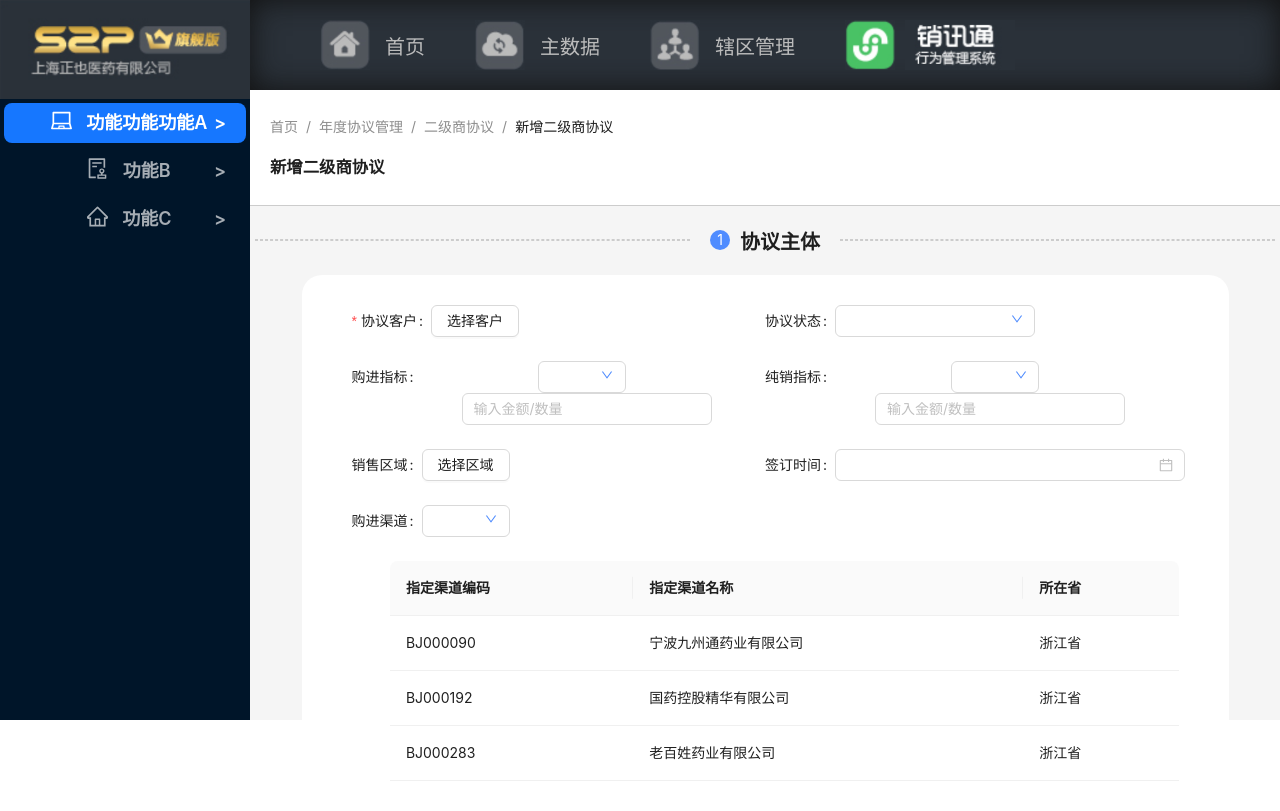
Repository: XiChips/questionB
Page: /
The author's editor kept a copy of each file at every save. The page is drawn from the files as they stood at one save, then again after the next save.
The browser window is 1280 px wide. The pictures show the whole page.
The project was rebuilt for these pictures with package versions that can differ from the ones it lists, and the page was loaded fresh each time. Also part of the build but not shown: vue.config.js.

Above is the page before, as saved 2024-02-28 13:33:32.

### src/main.js
import { createApp } from 'vue'
import App from './App.vue'
import router from './router'
import store from './store'
import { setupAntd } from './ant-design-vue/index'
import { message } from "ant-design-vue";
import './assets/css/index.css'
// import axios from "axios";
// moment.locale('zh-cn')
const app = createApp(App)
setupAntd(app)
// app.use(Button).use(Layout)
app.use(store).use(router).mount('#app')



// app.config.globalProperties.$axios = axios
app.config.globalProperties.$message = message

### src/router/index.js
import { createRouter, createWebHashHistory } from 'vue-router'

const routes = [
  {
    path: '/',
    name: 'home',
    component: () => import('../views/home.vue')
  },
  {
    path: '/about',
    name: 'about',

    component: () => import('../views/AboutView.vue')
  }
]

const router = createRouter({
  history: createWebHashHistory(),
  routes
})

export default router

### src/ant-design-vue/index.js
import { Button, Layout, Image, Form, Checkbox,Radio, Input, Popover, Menu, Drawer, Breadcrumb, Typography, message, Divider, Table, DatePicker, Popconfirm, Space, InputNumber, Select, PageHeader, Steps, Statistic, Transfer, Upload, Switch, Modal, Tabs } from 'ant-design-vue';

// import 'ant-design-vue/dist/antd.min.css'

const components = [
    Button,
    Layout,
    Form,
    Input,
    Menu,
    Breadcrumb,
    Table,
    Popconfirm,
    Select,
    PageHeader,
    Steps,
    Transfer,
    Upload,
    Switch,
    Modal,
    Tabs,
    Statistic,
    InputNumber,
    Space,
    DatePicker,
    Divider,
    Image,
    Typography,
    Drawer,
    Popover,
    Radio,
    Checkbox
]

export function setupAntd(app) {
    components.forEach(component => {
        app.use(component)
    })
    app.config.globalProperties.$message = message
}

### src/assets/css/index.css
body {
    margin: 0;
}

.logo img {
    width: 100%;
}

:where(.css-dev-only-do-not-override-1hsjdkk).ant-menu-dark {
    background-color: rgb(42, 49, 57);
}

.ant-menu .anticon {
    margin-right: 10px;
    font-size   : 18px;
}


.ant-upload-select-picture-card i {
    font-size: 32px;
    color    : #999;
}

.ant-upload-select-picture-card .ant-upload-text {
    margin-top: 8px;
    color     : #666;
}

.ant-upload-list-picture-card .ant-upload-list-item:hover .ant-upload-list-item-info:before {
    left: 0;
}

.ant-page-header {
    background: #fff;
}

.ant-page-header.has-breadcrumb {
    padding: 5px 24px;
}

.ant-menu {
    font-size  : 18px;
    font-weight: 600;
}

.ant-tabs-tab span {
    color      : #000;
    font-weight: bold;
    display    : inline-block;
}


.ant-upload-list-picture-card .ant-upload-list-item-info:before {
    left: 0
}

hr {
    width       : 90%;
    margin      : 0 auto;
    border-color: #99999910;
}

.title {
    background-color: rgb(42, 49, 57);
    display         : flex;
    height          : fit-content;
    padding         : 20px 70px;
    color           : rgb(187, 187, 187);
    box-shadow      : inset 0px 0 30px #111;
}

.title>div {
    margin-right: 50px;
    font-size   : 20px;
}

.title img {
    width         : 50px;
    height        : 50px;
    margin-right  : 15px;
    vertical-align: middle;
}

.title span {
    display         : inline-block;
    vertical-align  : middle;
    /* margin-bottom: 5px; */
}

:where(.css-dev-only-do-not-override-1hsjdkk).ant-menu-inline.ant-menu-root .ant-menu-item>.ant-menu-title-content,
:where(.css-dev-only-do-not-override-1hsjdkk).ant-menu-inline.ant-menu-root .ant-menu-submenu-title>.ant-menu-title-content {
    flex: none;
}

.ant-menu .anticon svg {
    width : 1.5em;
    height: 1.5em;
}

.title2 {
    display        : flex;
    justify-content: space-between;
    align-items    : center;
}

.title2>div {
    width: 300px;
}

.title2 hr {
    height: 1px;
    border: 1px dashed #ccc;
    margin: 0 5px;
}

.title2 span {
    display         : inline-block;
    width           : 20px;
    height          : 20px;
    line-height     : 20px;
    background-color: rgb(79, 140, 255);
    color           : #fff;
    border-radius   : 50%;
    margin-right    : 10px;
    vertical-align  : middle;
}


.title2 p {
    display       : inline-block;
    font-size     : 20px;
    vertical-align: middle;
    font-weight   : bold;
}

.area {
    background-color: #fff;
    border-radius   : 20px;
    width           : 90%;
    margin          : 0 auto;
    padding         : 30px 50px;
}

.line2 {
    display        : flex;
    justify-content: space-between;
}

.line2>div {
    width: 50%;
}

.area .ant-form-item-control-input {
    width: 25vw;
}

.ant-form-item-control-input-content {
    flex: none !important;
}

:where(.css-dev-only-do-not-override-1hsjdkk).ant-form-item .ant-form-item-label {
    /* position: relative; */
    overflow: visible;
}

:where(.css-dev-only-do-not-override-1hsjdkk).ant-form-item .ant-form-item-label>label.ant-form-item-required:not(.ant-form-item-required-mark-optional)::before {
    position: absolute;
    left    : -12px;
    top     : 7px
}

:where(.css-dev-only-do-not-override-1hsjdkk).ant-select .ant-select-arrow .anticon>svg{
    vertical-align: middle;
}

### src/views/home.vue
<template>
  <a-layout>
    <a-layout>
      <a-layout-sider width="250">
        <a-menu theme="dark" v-model:selectedKeys="selectedKeys" v-model:openKeys="openKeys" mode="inline" :style="{ height: '100%', borderRight: 0 }">
          <div class="logo">
            <img src="../assets/images/logo.png" alt="">
          </div>
          <!-- <hr /> -->

          <div v-for="(item, i) in links" style="display: flex;justify-content: space-between;">
            <a-menu-item v-if="item.children == undefined" :key="`item${i}_0`" @click="changeTab(item.name)">
              <LaptopOutlined v-if="item.name == '功能功能功能A'" />
              <AuditOutlined v-if="item.name == '功能B'" />
              <HomeOutlined v-if="item.name == '功能C'" />
              {{ item.name }}
              <span style="position: absolute;right: 20px;">{{ ">" }}</span>
            </a-menu-item>

          </div>
        </a-menu>
      </a-layout-sider>
      <a-layout style="padding: 0px 0px 24px" theme="dark">
        <a-layout-content :style="{ background: 'rgb(245,245,245)', padding: '0px', margin: 0, minHeight: '280px', }">

          <div class="title">
            <div><img src="../assets/images/icon1.png" alt=""><span>首页</span></div>
            <div><img src="../assets/images/icon2.png" alt=""><span>主数据</span></div>
            <div><img src="../assets/images/icon3.png" alt=""><span>辖区管理</span></div>
            <div><img src="../assets/images/icon4.png" alt=""><img src="../assets/images/text.png" style="width: auto;margin-left: -5px;" alt=""></div>
          </div>
          <div style="padding: 10px 20px;background-color: rgb(255,255,255);border-bottom: 1px solid #ccc;">
            <a-breadcrumb :style="{ margin: '36px 20px' }">
              <a-breadcrumb-item>首页</a-breadcrumb-item>
              <a-breadcrumb-item>年度协议管理</a-breadcrumb-item>
              <a-breadcrumb-item>二级商协议</a-breadcrumb-item>
              <a-breadcrumb-item>新增二级商协议</a-breadcrumb-item>
            </a-breadcrumb>
            <h3 style="text-align: left;">
              新增二级商协议
            </h3>
          </div>
          <div class="content">
            <div class="title2">
              <hr>
              <div>
                <span>1</span>
                <p>协议主体</p>
              </div>
              <hr>
            </div>
            <div class="area">
              <a-form :model="formState" autocomplete="off" @finish="onFinish" @finishFailed="onFinishFailed">
                <div class="line2">

                  <a-form-item label="协议客户" :rules="[{ required: true}]">
                    <a-button v-if="visible" @click="selectCustom">选择客户</a-button>
                    <a-select defaultOpen v-if="!visible" v-model:value="inputs.value1c" show-search placeholder="" style="width: 200px" :options="options" :filter-option="filterOption" @focus="handleFocus" @blur="handleBlur" @change="changeCustom"></a-select>
                    <span style="margin-left: 20px;">{{ inputs.value1 }}</span>
                  </a-form-item>
                  <a-form-item label="协议状态">
                    <a-select v-model:value="inputs.value2" placeholder="" style="width: 200px" :options="options2" :filter-option="filterOption" @focus="handleFocus" @blur="handleBlur" @change="handleChange">
                      <template #suffixIcon>
                        <down-outlined style="width: 15px;height: 15px;color: rgb(78,139,254);" />
                      </template>
                    </a-select>
                  </a-form-item>
                </div>
                <div class="line2">
                  <a-form-item label="购进指标">
                    <a-select v-model:value="inputs.value3" placeholder="" style="width: 88px" :options="options3" :filter-option="filterOption" @focus="handleFocus" @blur="handleBlur" @change="handleChange">
                      <template #suffixIcon>
                        <down-outlined style="width: 15px;height: 15px;color: rgb(78,139,254);" />
                      </template>
                    </a-select>
                    <a-input v-model:value="inputs.value3" placeholder="输入金额/数量" style="width: 250px;margin-left: 10px;"></a-input>
                  </a-form-item>
                  <a-form-item label="纯销指标">
                    <a-select v-model:value="inputs.value3" placeholder="" style="width: 88px" :options="options3" :filter-option="filterOption" @focus="handleFocus" @blur="handleBlur" @change="handleChange">
                      <template #suffixIcon>
                        <down-outlined style="width: 15px;height: 15px;color: rgb(78,139,254);" />
                      </template>
                    </a-select>
                    <a-input v-model:value="inputs.value3" placeholder="输入金额/数量" style="width: 250px;margin-left: 10px;"></a-input>
                  </a-form-item>
                </div>
                <div class="line2">
                  <a-form-item label="销售区域">
                    <a-button v-if="visible2" @click="selectArea">选择区域</a-button>
                    <a-select v-if="!visible2" v-model:value="inputs.value7c" placeholder="" style="width: 88px" :options="options4" :filter-option="filterOption" @focus="handleFocus" @blur="handleBlur" @change="changeArea">
                      <template #suffixIcon>
                        <down-outlined style="width: 15px;height: 15px;color: rgb(78,139,254);" />
                      </template>
                    </a-select>
                    <a-button type="primary" v-if="inputs.value7.length" v-for="(item,id) in inputs.value7" style="margin-left: 10px;"><span @click="deleteItem(id)">{{ item }}
                        <close-outlined /></span></a-button>
                  </a-form-item>
                  <a-form-item label="签订时间">
                    <a-date-picker placeholder="" show-time v-model:value="value1" style="width:350px" />
                  </a-form-item>
                </div>
              </a-form>
              <div class="line2">
                <a-form-item label="购进渠道">
                  <a-select v-model:value="inputs.value3" placeholder="" style="width: 88px" :options="options5" :filter-option="filterOption" @focus="handleFocus" @blur="handleBlur" @change="handleChange">
                    <template #suffixIcon>
                      <down-outlined style="width: 15px;height: 15px;color: rgb(78,139,254);" />
                    </template>
                  </a-select>
                </a-form-item>
              </div>

              <div style="padding-left: 3vw;">
                <a-table :dataSource="data" :columns="columns" :pagination="false" />
              </div>

            </div>
          </div>
          <!-- <router-view v-else></router-view> -->
        </a-layout-content>
      </a-layout>

    </a-layout>
  </a-layout>
</template>
<script>
import {
  UserOutlined,
  LaptopOutlined,
  NotificationOutlined,
  HomeOutlined,
  TeamOutlined,
  DesktopOutlined,
  BarChartOutlined,
  ContactsOutlined,
  AuditOutlined,
  ScheduleOutlined,
  ToolOutlined,
  FundProjectionScreenOutlined,
  UserSwitchOutlined,
  TransactionOutlined,
  DownOutlined,
  CloseOutlined
} from "@ant-design/icons-vue";
import { defineComponent, ref } from "vue";

export default defineComponent({
  components: {
    UserOutlined,
    LaptopOutlined,
    NotificationOutlined,
    HomeOutlined,
    TeamOutlined,
    DesktopOutlined,
    BarChartOutlined,
    ContactsOutlined,
    AuditOutlined,
    ScheduleOutlined,
    ToolOutlined,
    FundProjectionScreenOutlined,
    UserSwitchOutlined,
    TransactionOutlined,
    DownOutlined,
    CloseOutlined
  },
  name: "home",
  data() {
    return {
      activeKey: 0,
      formState: {
        username: "",
        password: "",
      },
      inputs: {
        value1: "",
        value1c: "",
        value2: "",
        value3: "",
        value4: "",
        value7c: "",
        value7: [],
      },
      visible: true,
      visible2: true,
      links: [
        {
          name: "功能功能功能A",
        },
        {
          name: "功能B",
        },
        {
          name: "功能C",
        },
      ],
      options: [{ value: "上海正也医药有限公司", id: "上海正也医药有限公司" }],
      options2: [{ value: "正常", id: "正常" }, { value: "异常", id: "异常" }],
      options3: [{ value: "金额", id: "金额" }, { value: "金额", id: "金额" }],
      options4: [{ value: "全国", id: "全国" }, { value: "上海", id: "上海" }],
      options5: [{ value: "指定渠道", id: "指定渠道" }],
      pages: [{ name: "首页", link: "/" }],
      data: [{
        col1: "BJ000090",
        col2: "宁波九州通药业有限公司",
        col3: "浙江省",
      },
      {
        col1: "BJ000192",
        col2: "国药控股精华有限公司",
        col3: "浙江省",
      },
      {
        col1: "BJ000283",
        col2: "老百姓药业有限公司",
        col3: "浙江省",
      }],
      columns: [
        {
          title: '指定渠道编码',
          dataIndex: 'col1',
          key: 'col1',
        },
        {
          title: '指定渠道名称',
          dataIndex: 'col2',
          key: 'col2',
        },
        {
          title: '所在省',
          dataIndex: 'col3',
          key: 'col3',
        }
      ],
      routes: [],
    };
  },
  setup() {
    return {
      selectedKeys: ref(["item0_0"]),
      collapsed: ref(false),
      openKeys: ref(["title1"]),
      basePath: "/index",
    };
  },
  methods: {
    changeTab() {

    },
    selectCustom() {
      this.visible = false
      this.inputs.value1c = ""
    },
    changeCustom() {
      this.visible = true
      this.inputs.value1 = this.inputs.value1c
    },
    selectArea() {
      this.visible2 = false
      this.inputs.value7c = ""
    },
    changeArea() {
      this.inputs.value7.push(this.inputs.value7c)
      this.inputs.value7 = Array.from(new Set(this.inputs.value7))
      this.inputs.value7c = ""
    },
    deleteItem(id) {
      this.inputs.value7.splice(id, 1)
    }
  },
  created() { },
  beforeMounte() { },
  mounted() {

  },
  watch: {
    $route(to, from) {
      // console.log(from.path);//从哪来
      // console.log(to.path);//到哪去
    },
  },
});
</script>
<style>
.ant-layout {
  height: 100vh;
}
.ant-breadcrumb {
  margin: 16px 0 !important;
}
</style>

Loaded but not shown: public/index.html (common file); src/App.vue (common file); src/store/index.js (common file)

After the next save:
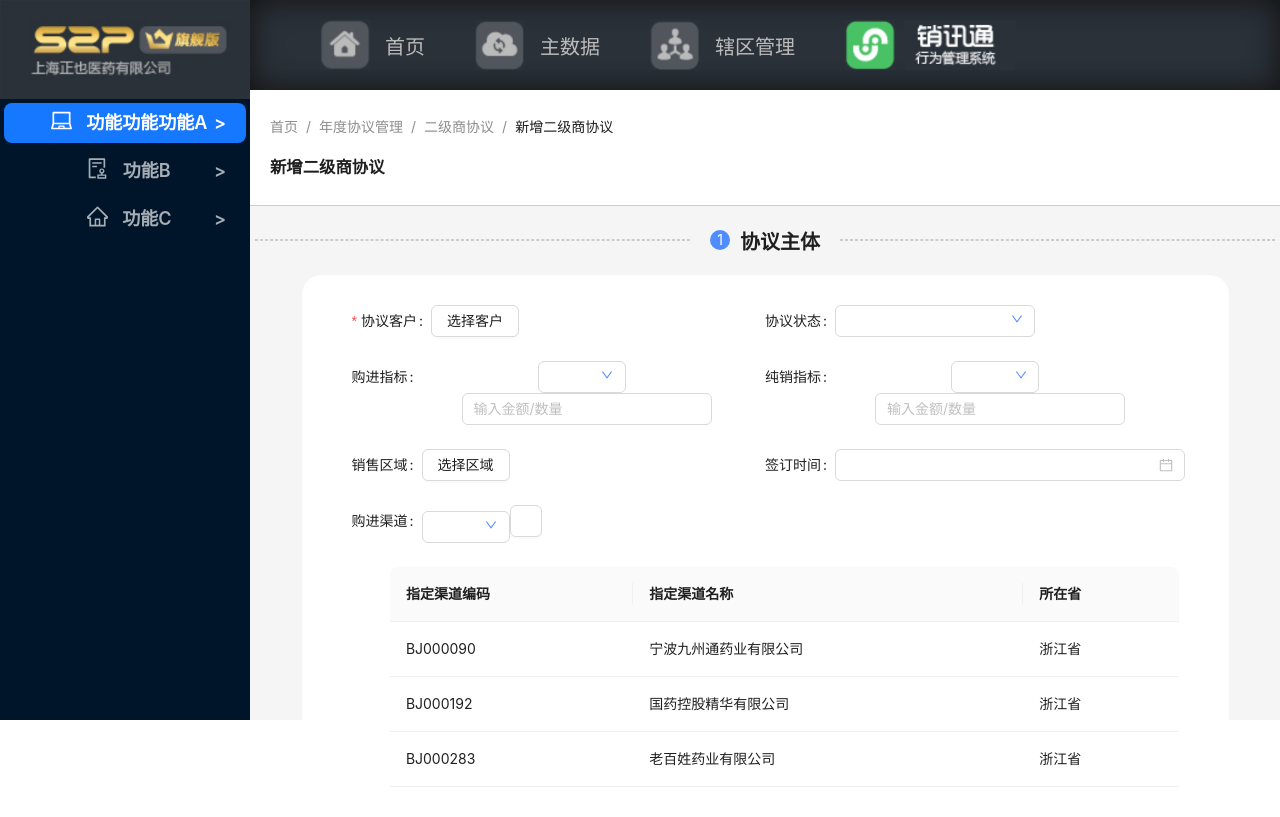
Saved 15 s later.
--- a/src/views/home.vue
+++ b/src/views/home.vue
@@ -107,6 +107,7 @@
                       <down-outlined style="width: 15px;height: 15px;color: rgb(78,139,254);" />
                     </template>
                   </a-select>
+                  <a-button></a-button>
                 </a-form-item>
               </div>
 

After the save that followed:
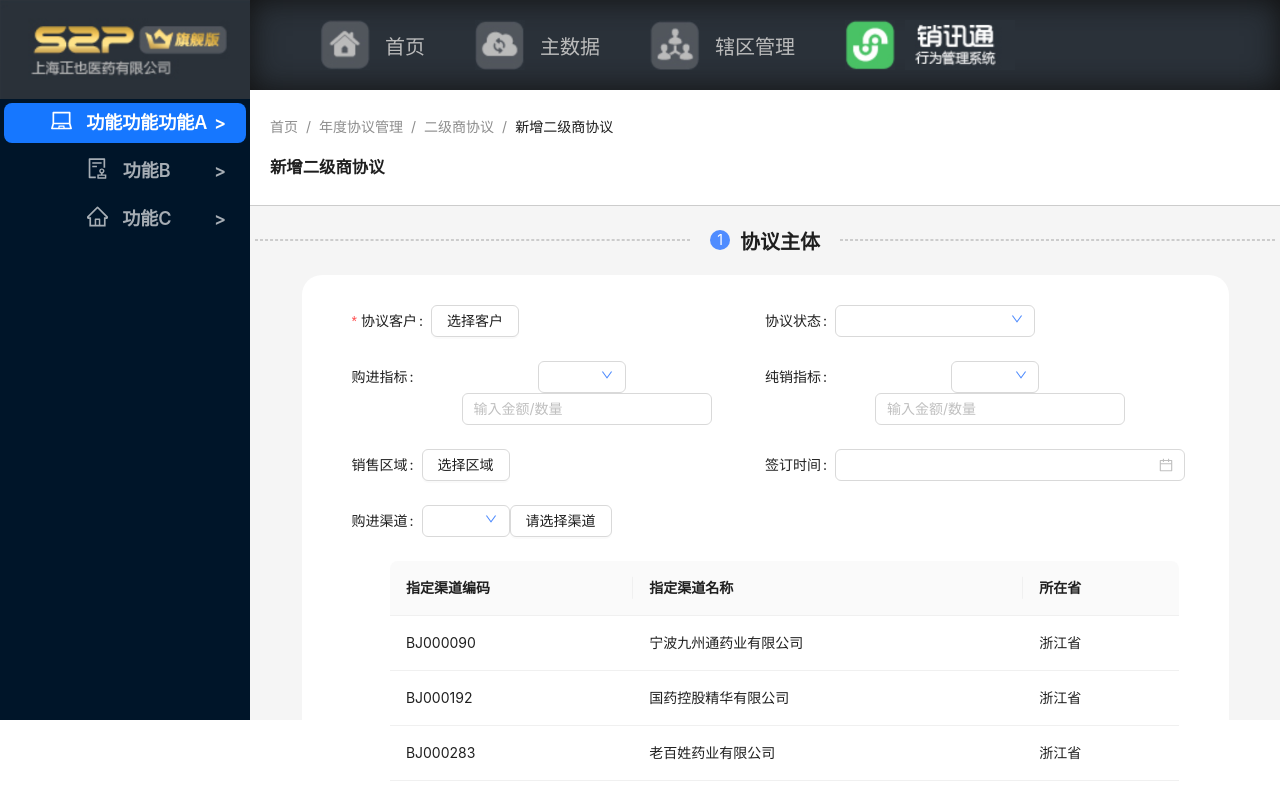
Saved 5 s later.
--- a/src/views/home.vue
+++ b/src/views/home.vue
@@ -107,7 +107,7 @@
                       <down-outlined style="width: 15px;height: 15px;color: rgb(78,139,254);" />
                     </template>
                   </a-select>
-                  <a-button></a-button>
+                  <a-button>请选择渠道</a-button>
                 </a-form-item>
               </div>
 
